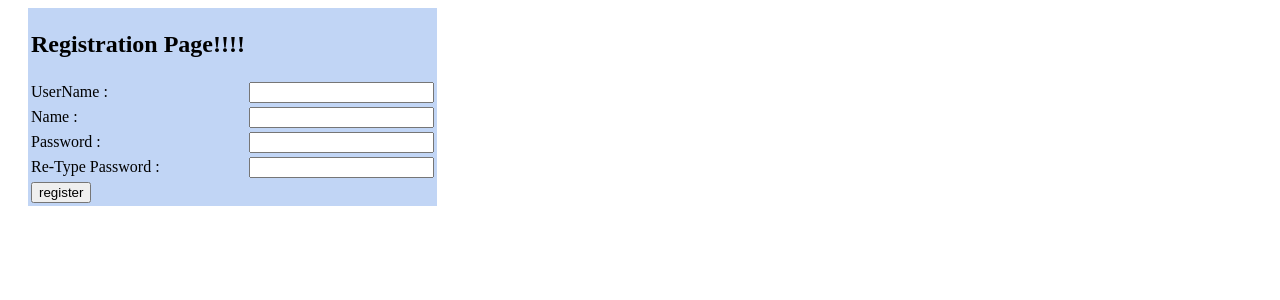
Repository: Ritesh1194/FellowshipApp
Page: http://localhost/MyLoginRegistrationProject/register.jsp
These files come from the project's save history. The page is drawn as it stood at one moment and after the next save; the edit follows.
The browser window is 1280 px wide. The pictures show the whole page.
The page is served by Tomcat 9. Nobody is signed in. The application's start-up code is not run. Other server files are loaded and not shown.

Above is the page before, as saved 2019-12-27 10:04:27.

### MyLoginRegistrationProject/WebContent/register.jsp
<%@ page language="java" contentType="text/html; charset=UTF-8"
	pageEncoding="UTF-8"%>
<!DOCTYPE html PUBLIC "-//W3C//DTD HTML 4.01 Transitional//EN" "http://www.w3.org/TR/html4/loose.dtd">
<html>
<head>
<meta http-equiv="Content-Type" content="text/html; charset=UTF-8">
<title>Registration Page</title>
</head>
<body>
	<form action="LoginRegister" method="post">
		<table
			style="background-color: rgba(50, 115, 220, 0.3); margin-right: 20px; margin-left: 20px;">
			<tr>
				<td><h2 style="color: black">Registration Page!!!!</h2></td>
			</tr>
			<tr>
				<td>UserName :</td>
				<td><input type="text" name="username"></td>
			</tr>
			<tr>
				<td>Name :</td>
				<td><input type="text" name="name"></td>
			</tr>


			<tr>
				<td>Password :</td>
				<td><input type="password" name="password1"></td>
			</tr>
			<tr>
				<td>Re-Type Password :</td>
				<td><input type="password" name="password2"></td>
			</tr>
			<tr>
				<td><input type="submit" name="submit" value="register"></td>
				<td></td>
			</tr>
		</table>
	</form>
</body>
</html>

After the next save:
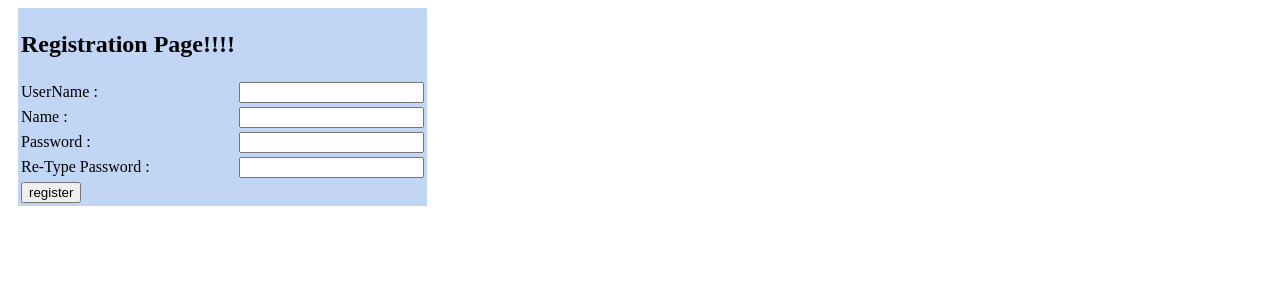
Saved 9 s later.
--- a/MyLoginRegistrationProject/WebContent/register.jsp
+++ b/MyLoginRegistrationProject/WebContent/register.jsp
@@ -9,7 +9,7 @@
 <body>
 	<form action="LoginRegister" method="post">
 		<table
-			style="background-color: rgba(50, 115, 220, 0.3); margin-right: 20px; margin-left: 20px;">
+			style="background-color: rgba(50, 115, 220, 0.3); margin-right: 10px; margin-left: 10px;">
 			<tr>
 				<td><h2 style="color: black">Registration Page!!!!</h2></td>
 			</tr>
